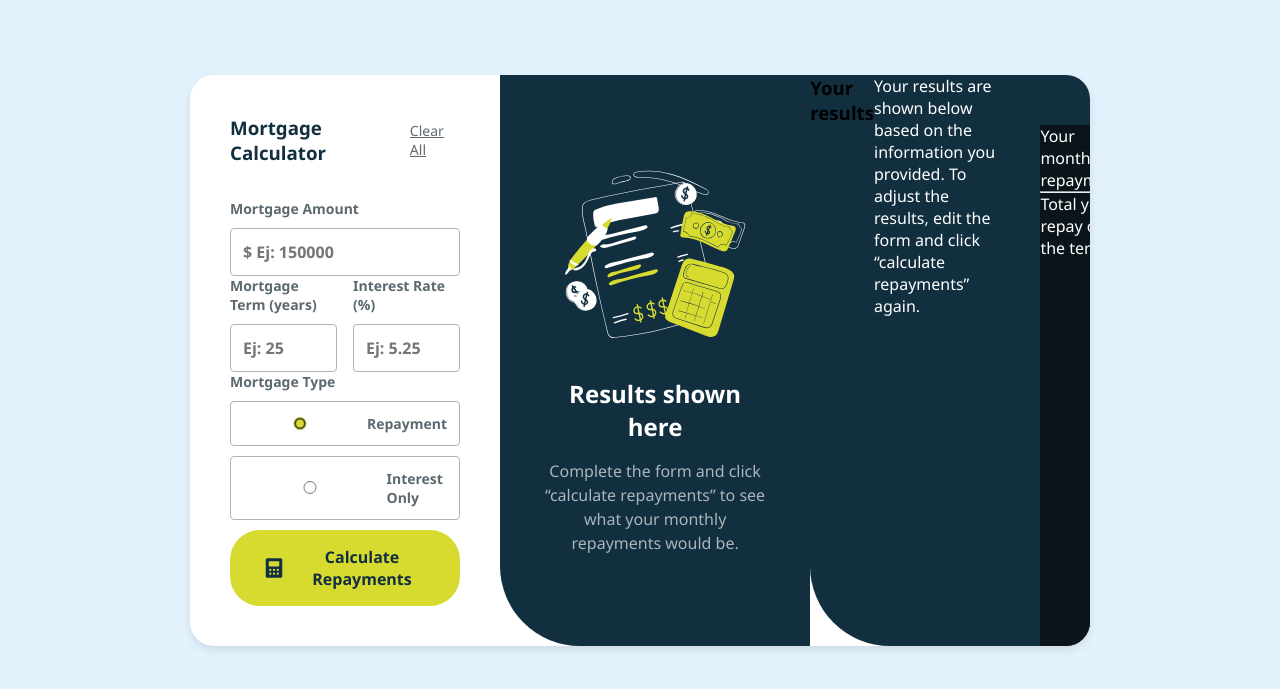
Repository: GravielPV/Mortgage-repayment-calculator
Page: index.html
The author's editor kept a copy of each file at every save. The page is drawn from the files as they stood at one save, then again after the next save.
The browser window is 1280 px wide. The pictures show the whole page.

Above is the page before, as saved 2025-12-14 15:12:13.

After the next save:
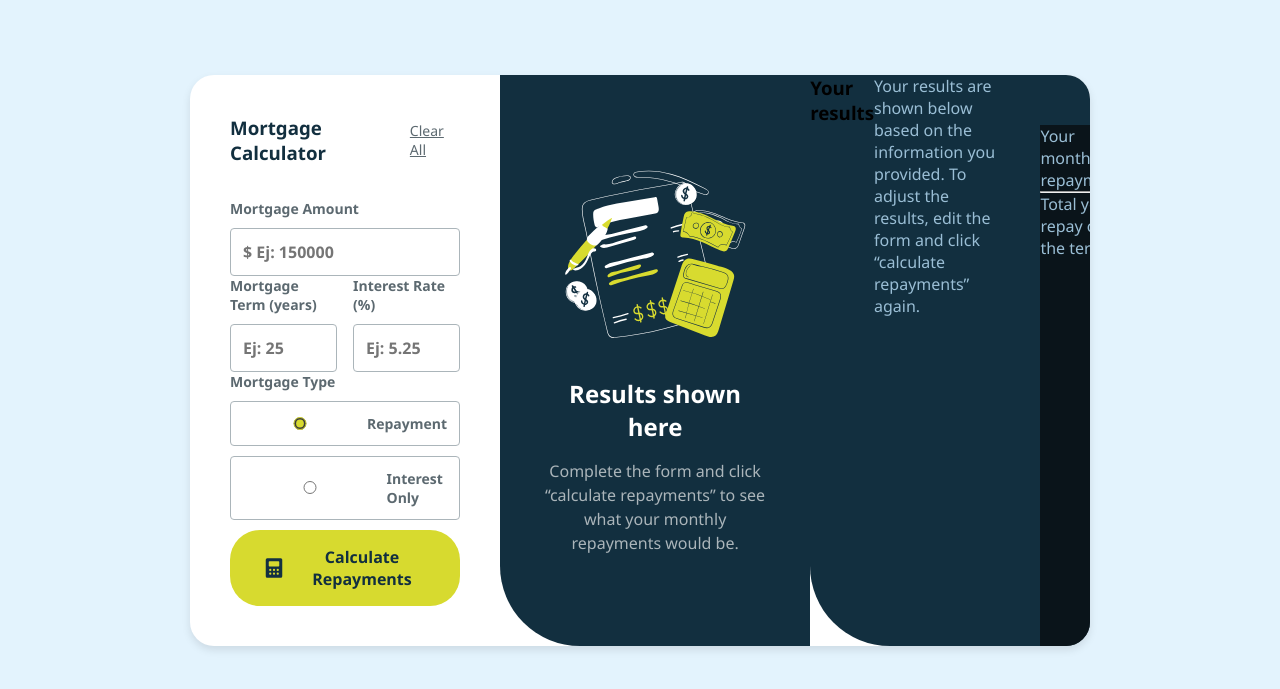
Saved 15 s later.
--- a/styles.css
+++ b/styles.css
@@ -207,7 +207,7 @@ button:hover {
 }
 
 .resultado  p{
-    color: white;
+    color: hsl(203, 41%, 72%);
 }
 
 
